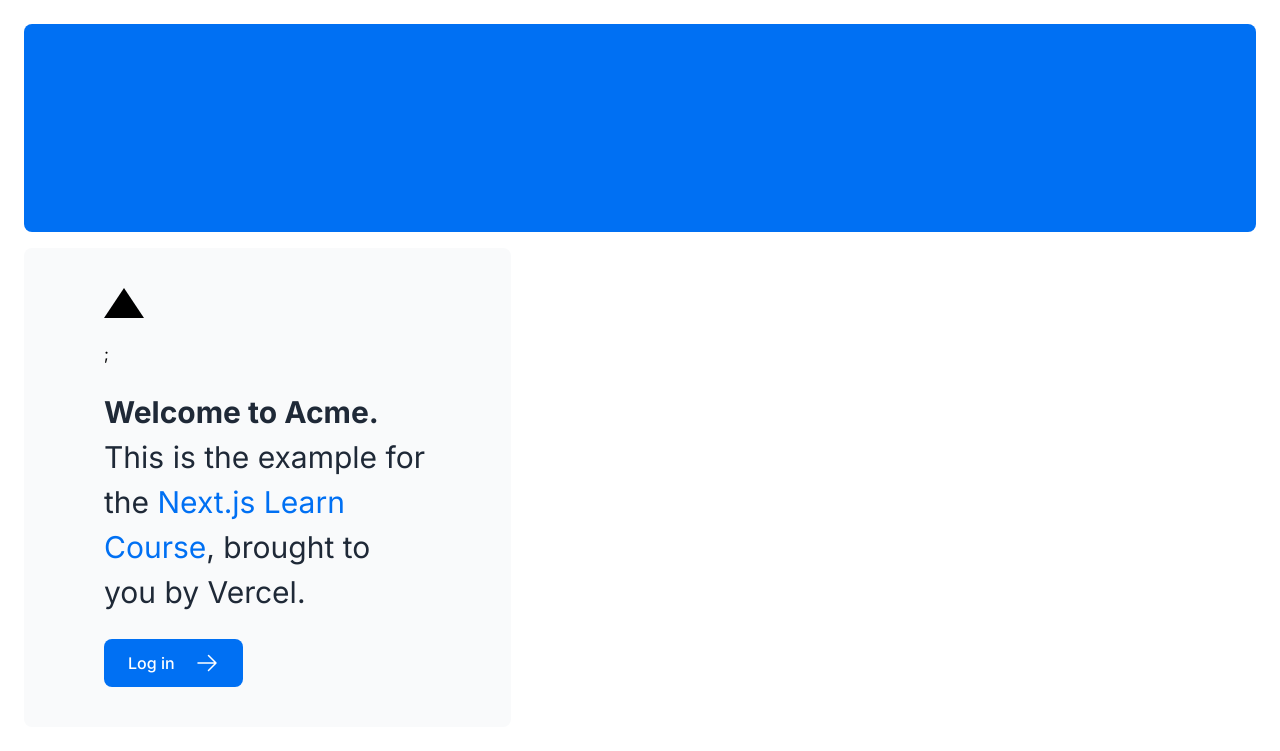
Repository: msjrdev/nextjs-dashboard
Page: /
An editor plug-in stored every save of this project. The page is shown before and after a run of saves, followed by the edit.
The browser window is 1280 px wide. The pictures show the whole page.
Some web fonts or font styles are not loaded; a fallback is used. The project was rebuilt for these pictures with package versions that can differ from the ones it lists, and the page was loaded fresh each time. The framework's server and built-in components were replaced by stand-ins that run in the browser. Also part of the build but not shown: next.config.js.

Above is the page before, as saved 2024-01-04 22:11:49.

After the next 2 saves:
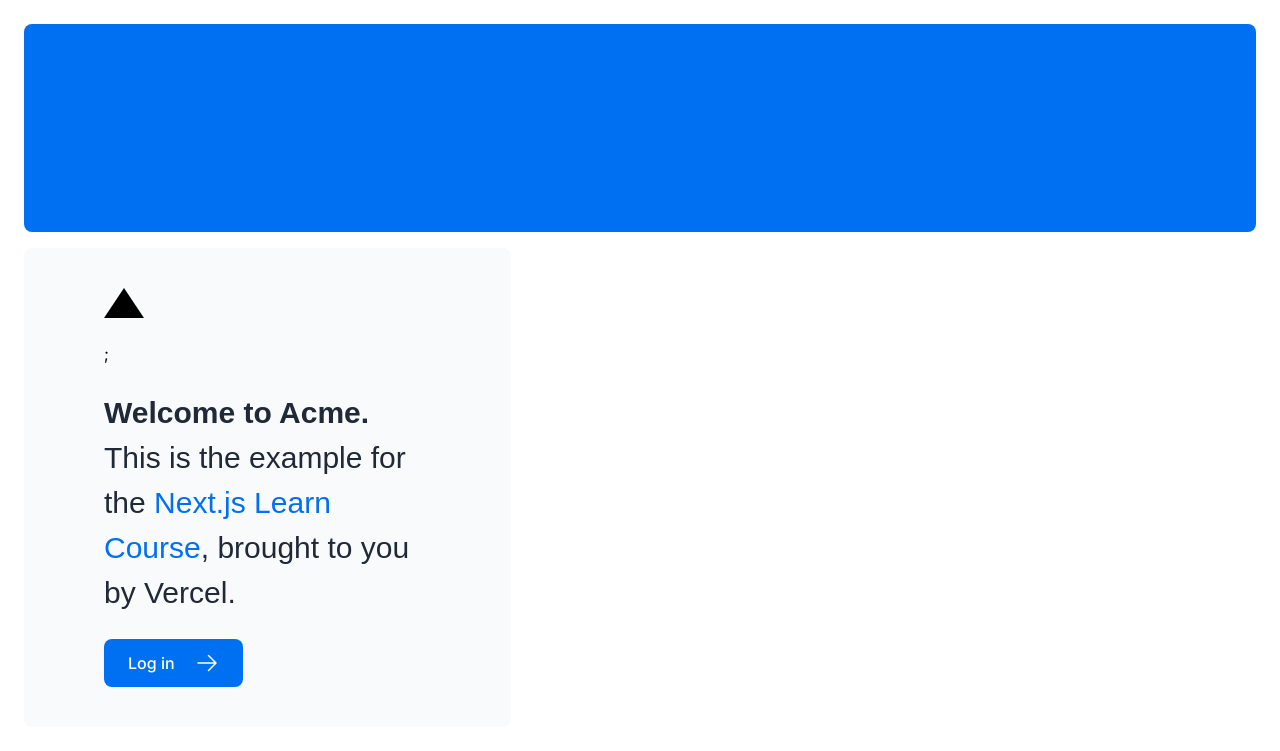
The 2 saves are shown as one change because 1 did not build or start.
The last was saved 68 s later.
--- a/app/page.tsx
+++ b/app/page.tsx
@@ -2,6 +2,7 @@
 import { ArrowRightIcon } from '@heroicons/react/24/outline';
 import Link from 'next/link';
 import styles from '@/app/ui/home.module.css';
+import { lusitana } from '@/app/ui/fonts';
 
 export default function Page() {
   return (
@@ -12,7 +13,7 @@
       <div className="mt-4 flex grow flex-col gap-4 md:flex-row">
         <div className="flex flex-col justify-center gap-6 rounded-lg bg-gray-50 px-6 py-10 md:w-2/5 md:px-20">
           <div className={styles.shape}></div>;
-          <p className={`text-xl text-gray-800 md:text-3xl md:leading-normal`}>
+          <p className={`${lusitana.className} text-xl text-gray-800 md:text-3xl md:leading-normal`}>
             <strong>Welcome to Acme.</strong> This is the example for the{' '}
             <a href="https://nextjs.org/learn/" className="text-blue-500">
               Next.js Learn Course
